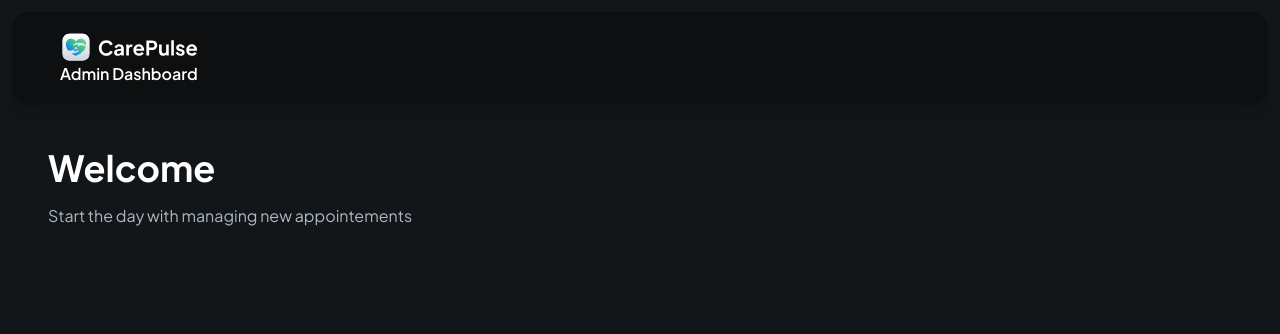
Repository: manucavallera/manu_carepulse
Page: /admin
These files come from the project's save history. The page is drawn as it stood at one moment and after the next save; the edit follows.
The browser window is 1280 px wide. The pictures show the whole page.
The project was rebuilt for these pictures with package versions that can differ from the ones it lists, and the page was loaded fresh each time. The framework's server and built-in components were replaced by stand-ins that run in the browser. Also part of the build but not shown: next.config.mjs.

Above is the page before, as saved 2024-10-02 11:06:07.

### app/layout.tsx
import type { Metadata } from "next";
import { Plus_Jakarta_Sans } from "next/font/google";
import "./globals.css";

import { cn } from "@/lib/utils";
import { ThemeProvider } from "@/components/ui/theme-provider";

const fontSans = Plus_Jakarta_Sans({
  subsets: ["latin"],
  weight: ["300", "400", "500", "600", "700"],
  variable: "--font-sans",
});

export const metadata: Metadata = {
  title: "HospitalManu",
  description: "HealthCare management System",
};

export default function RootLayout({
  children,
}: Readonly<{
  children: React.ReactNode;
}>) {
  return (
    <html lang='en'>
      <body
        className={cn(
          "min-h-screen bg-dark-300 font-sans antialiased",
          fontSans.variable
        )}
      >
        <ThemeProvider
          attribute='class'
          defaultTheme='dark'
          enableSystem
          disableTransitionOnChange
        >
          {children}
        </ThemeProvider>
      </body>
    </html>
  );
}

### app/admin/page.tsx
import React from "react";
import Link from "next/link";
import Image from "next/image";

const Admin = () => {
  return (
    <div className='mx-auto flex max-w-7xl flex-col space-y-14'>
      <header className='admin-header'>
        <Link href='/' className='cursor-pointer'>
          <Image
            src='assets/icons/logo-full.svg'
            alt='logo'
            height={32}
            width={162}
            className='h-8 w-fit'
          />

          <p className='text-16-semibold'>Admin Dashboard</p>
        </Link>
      </header>

      <main className='admin-main'>
        <section className='w-full space-y-4'>
          <h1 className='header'>Welcome </h1>
          <p className='text-dark-700'>
            Start the day with managing new appointements
          </p>
        </section>

        <section className='admin-stat'></section>
      </main>
    </div>
  );
};

export default Admin;

### app/globals.css
@tailwind base;
@tailwind components;
@tailwind utilities;

/* ========================================== TAILWIND STYLES */
@layer base {
  /* Remove scrollbar */
  .remove-scrollbar::-webkit-scrollbar {
    width: 0px;
    height: 0px;
    border-radius: 0px;
  }

  .remove-scrollbar::-webkit-scrollbar-track {
    background: transparent;
  }

  .remove-scrollbar::-webkit-scrollbar-thumb {
    background: transparent;
    border-radius: 0px;
  }

  .remove-scrollbar::-webkit-scrollbar-thumb:hover {
    /* background: #1e2238; */
    background: transparent;
  }
}

@layer utilities {
  /* ===== UTILITIES */
  .sidebar {
    @apply remove-scrollbar w-full max-w-72 flex-col overflow-auto bg-black-800 px-7 py-10;
  }

  .left-sidebar {
    @apply hidden lg:flex;
  }

  .right-sidebar {
    @apply hidden xl:flex;
  }

  .clip-text {
    @apply bg-clip-text text-transparent;
  }

  .bg-image {
    @apply bg-black-900 bg-light-rays bg-cover bg-no-repeat;
  }

  .header {
    @apply text-32-bold md:text-36-bold;
  }

  .sub-header {
    @apply text-18-bold md:text-24-bold;
  }

  .container {
    @apply relative flex-1 overflow-y-auto px-[5%];
  }

  .sub-container {
    @apply mx-auto flex size-full flex-col py-10;
  }

  .side-img {
    @apply hidden h-full object-cover md:block;
  }

  .copyright {
    @apply text-14-regular justify-items-end text-center text-dark-600 xl:text-left;
  }

  /* ==== SUCCESS */
  .success-img {
    @apply m-auto flex flex-1 flex-col items-center justify-between gap-10 py-10;
  }

  .request-details {
    @apply flex w-full flex-col items-center gap-8 border-y-2 border-dark-400 py-8 md:w-fit md:flex-row;
  }

  /* ===== ADMIN */
  .admin-header {
    @apply sticky top-3 z-20 mx-3 flex items-center justify-between rounded-2xl bg-dark-200 px-[5%] py-5 shadow-lg xl:px-12;
  }

  .admin-main {
    @apply flex flex-col items-center space-y-6 px-[5%] pb-12 xl:space-y-12 xl:px-12;
  }

  .admin-stat {
    @apply flex w-full flex-col justify-between gap-5 sm:flex-row xl:gap-10;
  }

  /* ==== FORM */
  .radio-group {
    @apply flex h-full flex-1 items-center gap-2 rounded-md border border-dashed border-dark-500 bg-dark-400 p-3;
  }

  .checkbox-label {
    @apply cursor-pointer text-sm font-medium text-dark-700 peer-disabled:cursor-not-allowed peer-disabled:opacity-70 md:leading-none;
  }

  /* ==== File Upload */
  .file-upload {
    @apply text-12-regular flex cursor-pointer  flex-col items-center justify-center gap-3 rounded-md border border-dashed border-dark-500 bg-dark-400 p-5;
  }

  .file-upload_label {
    @apply flex flex-col justify-center gap-2 text-center text-dark-600;
  }

  /* ==== Stat Card */
  .stat-card {
    @apply flex flex-1 flex-col gap-6 rounded-2xl bg-cover p-6 shadow-lg;
  }

  /* ==== Status Badge */
  .status-badge {
    @apply flex w-fit items-center gap-2 rounded-full px-4 py-2;
  }

  /* Data Table */
  .data-table {
    @apply z-10 w-full overflow-hidden rounded-lg border border-dark-400 shadow-lg;
  }

  .table-actions {
    @apply flex w-full items-center justify-between space-x-2 p-4;
  }

  /* ===== ALIGNMENTS */
  .flex-center {
    @apply flex items-center justify-center;
  }

  .flex-between {
    @apply flex items-center justify-between;
  }

  /* ===== TYPOGRAPHY */
  .text-36-bold {
    @apply text-[36px] leading-[40px] font-bold;
  }

  .text-24-bold {
    @apply text-[24px] leading-[28px] font-bold;
  }

  .text-32-bold {
    @apply text-[32px] leading-[36px] font-bold;
  }

  .text-18-bold {
    @apply text-[18px] leading-[24px] font-bold;
  }

  .text-16-semibold {
    @apply text-[16px] leading-[20px] font-semibold;
  }

  .text-16-regular {
    @apply text-[16px] leading-[20px] font-normal;
  }

  .text-14-medium {
    @apply text-[14px] leading-[18px] font-medium;
  }

  .text-14-regular {
    @apply text-[14px] leading-[18px] font-normal;
  }

  .text-12-regular {
    @apply text-[12px] leading-[16px] font-normal;
  }

  .text-12-semibold {
    @apply text-[12px] leading-[16px] font-semibold;
  }

  /* =====  SHADCN OVERRIDES */
  .shad-primary-btn {
    @apply bg-green-500 text-white !important;
  }

  .shad-danger-btn {
    @apply bg-red-700 text-white !important;
  }

  .shad-gray-btn {
    @apply border border-dark-500 cursor-pointer bg-dark-400 text-white !important;
  }

  .shad-input-label {
    @apply text-14-medium text-dark-700 !important;
  }

  .shad-input {
    @apply bg-dark-400 placeholder:text-dark-600 border-dark-500 h-11 focus-visible:ring-0 focus-visible:ring-offset-0 !important;
  }

  .shad-input-icon {
    @apply bg-dark-400 placeholder:text-dark-600 border-dark-500 h-11 focus-visible:ring-0 focus-visible:ring-offset-0 !important;
  }

  .shad-textArea {
    @apply bg-dark-400 placeholder:text-dark-600 border-dark-500 focus-visible:ring-0 focus-visible:ring-offset-0 !important;
  }

  .shad-combobox-item {
    @apply data-[disabled=true]:pointer-events-none data-[disabled=true]:opacity-50 !important;
  }

  .shad-combobox-trigger {
    @apply h-11 !important;
  }

  .shad-select-trigger {
    @apply bg-dark-400  placeholder:text-dark-600 border-dark-500 h-11 focus:ring-0 focus:ring-offset-0 !important;
  }

  .shad-select-content {
    @apply bg-dark-400 border-dark-500 !important;
  }

  .shad-dialog {
    @apply bg-dark-400 border-dark-500 !important;
  }

  .shad-dialog button {
    @apply focus:ring-0 focus:ring-offset-0 focus-visible:border-none focus-visible:outline-none focus-visible:ring-transparent focus-visible:ring-offset-0 !important;
  }

  .shad-error {
    @apply text-red-400 !important;
  }

  .shad-table {
    @apply rounded-lg overflow-hidden !important;
  }

  .shad-table-row-header {
    @apply border-b border-dark-400 text-light-200 hover:bg-transparent !important;
  }

  .shad-table-row {
    @apply border-b border-dark-400 text-light-200 !important;
  }

  .shad-otp {
    @apply w-full flex justify-between !important;
  }

  .shad-otp-slot {
    @apply text-36-bold justify-center flex border border-dark-500 rounded-lg size-16 gap-4 !important;
  }

  .shad-alert-dialog {
    @apply space-y-5 bg-dark-400 border-dark-500 outline-none !important;
  }

  .shad-sheet-content button {
    @apply top-2 focus:ring-0 focus:ring-offset-0 focus-visible:border-none focus-visible:outline-none focus-visible:ring-transparent focus-visible:ring-offset-0 !important;
  }

  /* =====  REACT PHONE NUMBER INPUT OVERRIDES */
  .input-phone {
    @apply mt-2 h-11 rounded-md px-3 text-sm border bg-dark-400 placeholder:text-dark-600 border-dark-500 !important;
  }

  .input-phone .PhoneInputCountryIconImg {
    width: 30px !important; /* Ajusta el tamaño según sea necesario */
    height: 7.5px !important;
  }

  /* =====  REACT DATE PICKER OVERRIDES */
  .date-picker {
    @apply overflow-hidden border-transparent w-full placeholder:text-dark-600  h-11 text-14-medium rounded-md px-3 outline-none !important;
  }
}

/* =====  REACT-DATEPICKER OVERRIDES */
.react-datepicker-wrapper.date-picker {
  display: flex;
  align-items: center;
}

.react-datepicker,
.react-datepicker__time,
.react-datepicker__header,
.react-datepicker__current-month,
.react-datepicker__day-name,
.react-datepicker__day,
.react-datepicker-time__header {
  background-color: #1a1d21 !important;
  border-color: #363a3d !important;
  color: #abb8c4 !important;
}

.react-datepicker__current-month,
.react-datepicker__day-name,
.react-datepicker-time__header {
  color: #ffffff !important;
}

.react-datepicker__triangle {
  fill: #1a1d21 !important;
  color: #1a1d21 !important;
  stroke: #1a1d21 !important;
}

.react-datepicker__time-list-item:hover {
  background-color: #363a3d !important;
}

.react-datepicker__input-container input {
  background-color: #1a1d21 !important;
  width: 100%;
  outline: none;
}

.react-datepicker__day--selected {
  background-color: #24ae7c !important;
  color: #ffffff !important;
  border-radius: 4px;
}

.react-datepicker__time-list-item--selected {
  background-color: #24ae7c !important;
}

.react-datepicker__time-container {
  border-left: 1px solid #363a3d !important;
}

.react-datepicker__time-list-item {
  display: flex !important;
  align-items: center !important;
}

/* =====  REACT PHONE NUMBER INPUT OVERRIDES */
.PhoneInputInput {
  outline: none;
  margin-left: 4px;
  background: #1a1d21;
  font-size: 14px;
  font-weight: 500;
}

.PhoneInputInput::placeholder {
  color: #1a1d21;
}

### components/StatCard.tsx
import React from "react";

const StatCard = () => {
  return <div>StatCard</div>;
};

export default StatCard;

Loaded but not shown: lib/utils.ts (common file); components/ui/theme-provider.tsx (common file); tailwind.config.ts (common file)

After the next save:
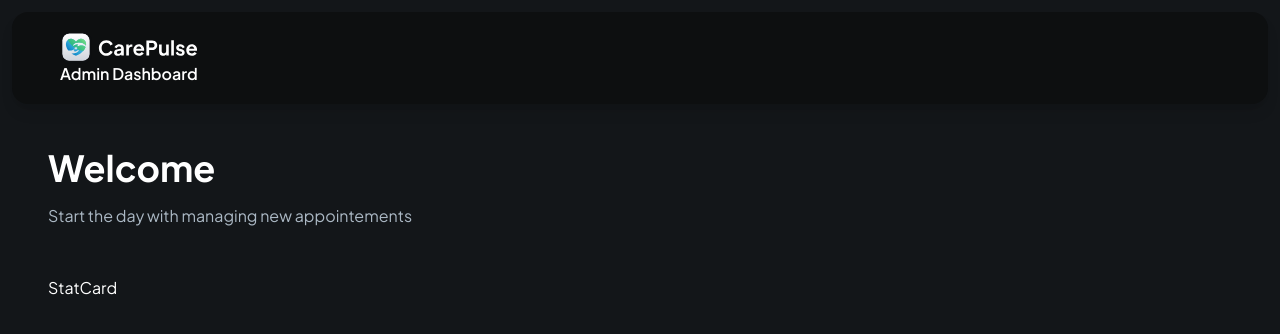
Saved 2 min 25 s later.
--- a/app/admin/page.tsx
+++ b/app/admin/page.tsx
@@ -1,6 +1,7 @@
 import React from "react";
 import Link from "next/link";
 import Image from "next/image";
+import StatCard from "@/components/StatCard";
 
 const Admin = () => {
   return (
@@ -27,7 +28,9 @@
           </p>
         </section>
 
-        <section className='admin-stat'></section>
+        <section className='admin-stat'>
+          <StatCard />
+        </section>
       </main>
     </div>
   );
